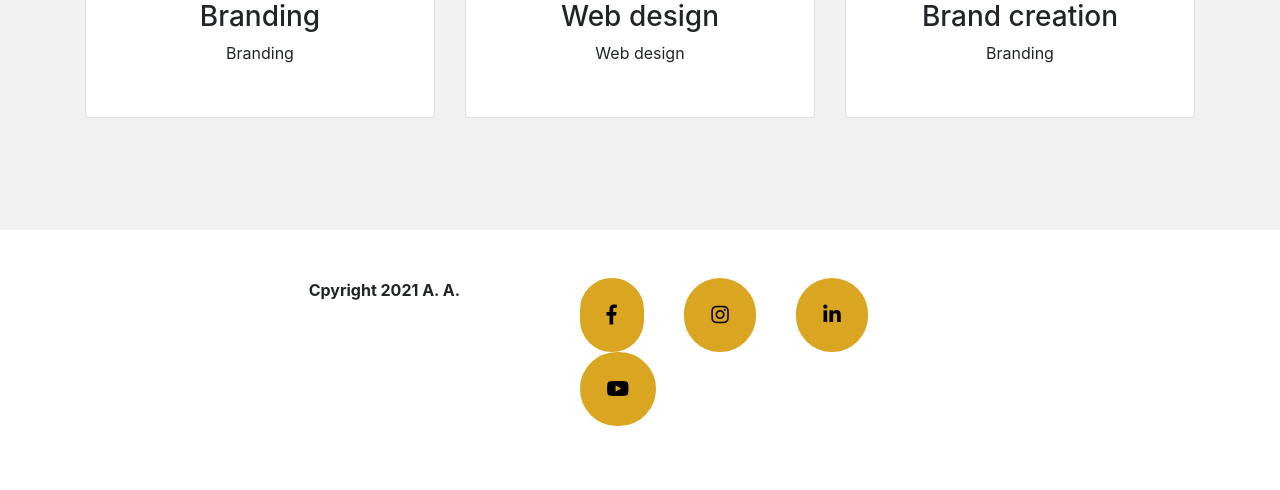
Repository: arek-adamik/golden-webpage
Page: index.html
These files come from the project's save history. The page is drawn as it stood at one moment and after the next save; the edit follows.
The browser window is 1280 px wide. The pictures show the part of the page from y = 2098 to 2588 px (the page is 2588 px tall).
Some web fonts or font styles are not loaded; a fallback is used. Some web libraries are served in a nearby version. The style sheet was rebuilt from its Sass, Less or Tailwind sources for each picture, by a compiler version that may differ from the author's.

Above is the page before, as saved 2021-05-04 16:39:24.

### index.html
<!DOCTYPE html>
<html lang="en">
  <head>
    <meta name="viewport" content="width=device-width, initial-scale=1.0">
    <meta charset="utf-8">
    <title>Golden - Official Site</title>
    <link rel="preconnect" href="https://fonts.gstatic.com">
    <link href="https://fonts.googleapis.com/css2?family=Krona+One&family=Molle:ital@1&family=Tinos&display=swap" rel="stylesheet">
    <link rel="stylesheet" href="https://use.fontawesome.com/releases/v5.5.0/css/all.css">
    <link rel="stylesheet" href="vendor/bootstrap-grid.css">
    <link rel="stylesheet" href="css/style.css">
    <link rel="stylesheet" href="https://stackpath.bootstrapcdn.com/bootstrap/4.5.1/css/bootstrap.min.css" integrity="sha384-VCmXjywReHh4PwowAiWNagnWcLhlEJLA5buUprzK8rxFgeH0kww/aWY76TfkUoSX" crossorigin="anonymous">
  </head>
  <body>
    <section class="page-head">
        <nav class="navigation">
            <p class="logo">GOLDEN</p>
                <ul>
                    <li><a href="#">HOME</a></li>
                    <li><a href="#">SERVICES</a></li>
                    <li><a href="#">PORTFOLIO</a></li>
                    <li><a href="#">ABOUT</a></li>
                    <li><a href="#">CONTACT</a></li>
                </ul>

        </nav>
        <header class="splash">
            <div class="splash-inner">
                <h2 class="page-subtitle">Welcome to our studio!</h2>
                <h1 class="page-title">IT'S NICE TO MEET YOU</h1>
                <a class="button" href="#">TELL ME MORE</a>
            </div>
      </header>
    </section>
    <section class="services py-5">
        <h2 class="section-subtitle">SERVICES</h2>
        <p class="services-text">Proin aliquet quis diam ut sollicitudin.</p>
        <div class="container">
            <div class="row py-5">
                <div class="col-md-4">
                    <i class="fas fa-shopping-basket"></i>
                    <h2 class="services-subbtitle">E-Commerce</h2>
                    <p>Lorem ipsum dolor sit amet, consectetur adipiscing elit. Praesent ullamcorper, nibh vel luctus aliquet, sapien massa vulputate turpis, in feugiat nulla purus eu risus.</p>
                </div>
                <div class="col-md-4">
                    <i class="far fa-check-square"></i>
                    <h2 class="services-subbtitle">Responsive Web</h2>
                    <p>Lorem ipsum dolor sit amet, consectetur adipiscing elit. Praesent ullamcorper, nibh vel luctus aliquet, sapien massa vulputate turpis, in feugiat nulla purus eu risus</p>
                </div>
                <div class="col-md-4">
                    <i class="fas fa-lock"></i>
                    <h2 class="services-subbtitle">Web Security</h2>
                    <p>Lorem ipsum dolor sit amet, consectetur adipiscing elit. Praesent ullamcorper, nibh vel luctus aliquet, sapien massa vulputate turpis, in feugiat nulla purus eu risus</p>
                </div>
        </div>
    </section>
    <section class="our-portfolio py-5">
        <h2 class="section-subtitle">OUR PORTFOLIO</h2>
        <p class="services-text">Proin aliquet quis diam ut sollicitudin.</p>
        <div class="container">
            <div class="row py-5">
                <div class="col-md-4">
                    <div class="card p-3 mb-3">
                        <div class="card-body">
                            <img src="https://images.pexels.com/photos/3910071/pexels-photo-3910071.jpeg?auto=compress&cs=tinysrgb&dpr=2&h=750&w=1260">
                            <h3 class="portfolio-subtitle">Ebony & Ivory</h3>
                            <p>Branding</p>
                        </div>
                    </div>
                </div>
                <div class="col-md-4">
                    <div class="card p-3 mb-3">
                        <div class="card-body">
                            <img src="https://images.pexels.com/photos/1827548/pexels-photo-1827548.jpeg?auto=compress&cs=tinysrgb&dpr=2&h=750&w=1260">
                            <h3 class="portfolio-subtitle">Clever Poster</h3>
                            <p>Print design</p>
                        </div>
                    </div>
                </div>
                <div class="col-md-4">
                    <div class="card p-3 mb-3">
                        <div class="card-body">
                            <img src="https://images.pexels.com/photos/6224/hands-people-woman-working.jpg?auto=compress&cs=tinysrgb&dpr=2&h=750&w=1260">
                            <h3 class="portfolio-subtitle">Smart Stationary</h3>
                            <p>Print Design</p>
                        </div>
                    </div>
                </div>
                <div class="col-md-4">
                    <div class="card p-3 mb-3">
                        <div class="card-body">
                            <img src="https://images.pexels.com/photos/965989/pexels-photo-965989.jpeg?auto=compress&cs=tinysrgb&dpr=2&h=750&w=1260">
                            <h3 class="portfolio-subtitle">Branding</h3>
                            <p>Branding</p>
                        </div>
                    </div>
                </div>
                <div class="col-md-4">
                    <div class="card p-3 mb-3">
                        <div class="card-body">
                            <img src="https://images.pexels.com/photos/160107/pexels-photo-160107.jpeg?auto=compress&cs=tinysrgb&dpr=2&h=750&w=1260">
                            <h3 class="portfolio-subtitle">Web design</h3>
                            <p>Web design</p>
                        </div>
                    </div>
                </div>
                <div class="col-md-4">
                    <div class="card p-3 mb-3">
                        <div class="card-body">
                            <img src="https://images.pexels.com/photos/1961792/pexels-photo-1961792.jpeg?auto=compress&cs=tinysrgb&dpr=2&h=750&w=1260">
                            <h3 class="portfolio-subtitle">Brand creation</h3>
                            <p>Branding</p>
                        </div>
                    </div>
                </div>
            </div>
        </div>
    </section>
    <footer>
        <div class="container py-5">
            <div class="row">
                <div class="col-md-4">
                    <p>Cpyright 2021 A. A.</p>
                </div>
                <div class="col-md-8">
                    <ul>
                        <li><a href="#"><i class="fab fa-facebook-f"></i>Facebook</a></li>
                        <li><a href="#"><i class="fab fa-instagram"></i>Instagram</a></li>
                        <li><a href="#"><i class="fab fa-linkedin-in"></i>Linkedin</a></li>
                        <li><a href="#"><i class="fab fa-youtube"></i>Youtube</a></li>
                    </ul>
                </div>
            </div>
        </div>

    </footer>
  </body>
  </html>

### sass/style.scss
/* Variabbles */
$font-header: 'Krona One', sans-serif;
$font-logo: 'Molle', cursive;
$font-text: 'Tinos', serif;
/* Global */
body {
    margin: 0;
    font-size: 16px;
    line-height: 1.7;
    font-family: $font-text;
}
.container {
    max-width: 1140px;
    padding: 0 20px 0 20px;
    display: flex;
	justify-content: center;
	align-items: center;
	margin: auto;
}
/* Main section */
.page-head{
    background-image: url(https://images.pexels.com/photos/174524/pexels-photo-174524.jpeg?auto=compress&cs=tinysrgb&dpr=2&h=750&w=1260);
}

/* Navigation */
.navigation {
    padding: 12px 0 12px 0;
        ul {
            padding: 0;
            margin: 0;
            list-style-type: none;
            text-align: right;
        }

        }
        .logo {
            text-align: left;
            padding-top: 20px;
            margin-left: 40px;
            font-family: $font-logo;
            color: rgb(2, 2, 1);
            text-shadow: goldenrod;
            font-size: 30px;
        }
        li {
            display: inline-block;
            margin-right: 36px;
            position: relative;

        }
        a {
            color: rgb(0, 0, 0);
            font-family: $font-header;
        }
/* Splash */
.splash {
    min-height: 500px;
    display: flex;
        .page-title {
            margin: 0;
            font-size: 72px;
            font-weight: 700;
            line-height: 1.2;
            font-family: $font-header;
            text-align: center;
        }
        .page-subtitle {
            margin: 24px 0;
            font-weight: 400;
            font-size: 16px;
            font-family: $font-header;
            text-align: center;
        }
}
.splash-inner {
    margin: auto;
    max-width: 70%;
}
.button {
    display: block;
    margin: 0 auto;
    position: relative;
    padding: 20px 25px;
    font-size: 24px;
    cursor: pointer;
    text-align: center;
    text-decoration: none;
    outline: none;
    color: #fff;
    background-color: #070807;
    border: none;
    border-radius: 15px;
    width: 250px;
  }
  .button:hover {
      background-color: rgb(69, 70, 32)
    }
  .button:active {
    background-color: rgb(69, 70, 32);
    box-shadow: 0 5px #666;
    transform: translateY(4px);
    text-decoration: none;
  }
  /* Services */
  .services{
  .section-subtitle, .services-text{
      text-align: center;
  }
  i {
        font-size: 40px;
        color:goldenrod;
        display: flex;
        justify-content: center;
  }
}
.col-md-4 {
    h2 {
        text-align: center;
    }
}
 /* Portfolio */
.our-portfolio {
    background-color: rgba(241, 241, 241, 0.952);
}
.section-subtitle, .services-text{
    text-align: center;
}
.card-body {
    img {
        width: 100%;
        height: 300px;
        object-fit: cover;
    }
    p, h3 {
        text-align: center;
    }
}

 /* Footer */
 footer {
     .socialmedia-icons, .footer-text {
         display: inline-flex;
         justify-content: space-around;

     }
     i {
        font-size: 20px;
        border: solid;
        border-color: goldenrod;
        border-width: 27px;
        border-radius: 62px;
        background: goldenrod;
        text-align: center;
        color: black;

     }
     li {
        font-size: 0;
    }
    p {
        font-weight: bold;
    }

 }

Loaded but not shown: vendor/bootstrap-grid.css (library)

After the next save:
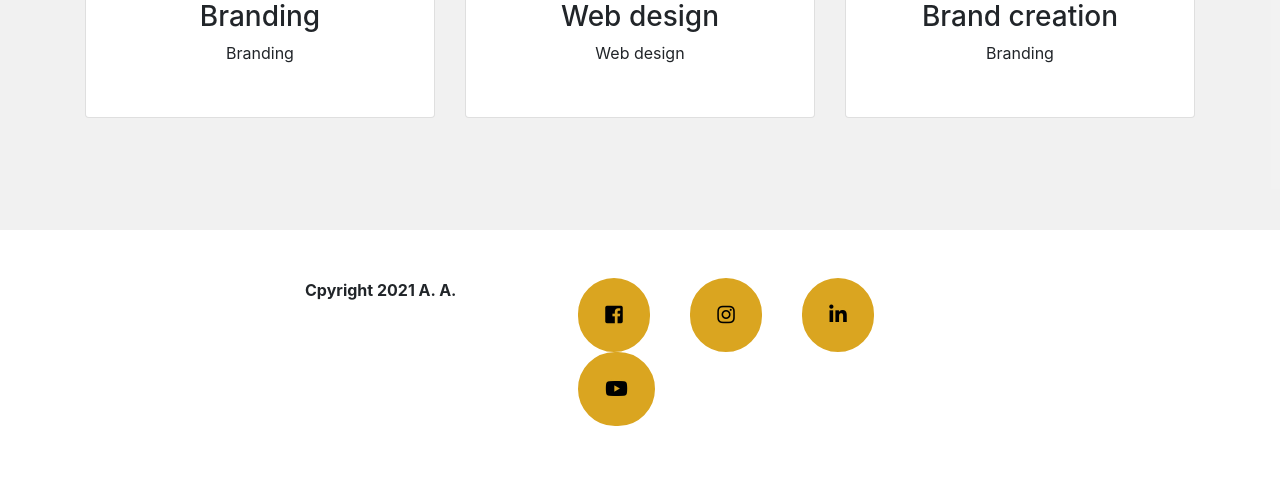
Saved 95 s later.
--- a/index.html
+++ b/index.html
@@ -124,7 +124,7 @@
                 </div>
                 <div class="col-md-8">
                     <ul>
-                        <li><a href="#"><i class="fab fa-facebook-f"></i>Facebook</a></li>
+                        <li><a href="#"><i class="fab fa-facebook-square"></i>Facebook</a></li>
                         <li><a href="#"><i class="fab fa-instagram"></i>Instagram</a></li>
                         <li><a href="#"><i class="fab fa-linkedin-in"></i>Linkedin</a></li>
                         <li><a href="#"><i class="fab fa-youtube"></i>Youtube</a></li>
